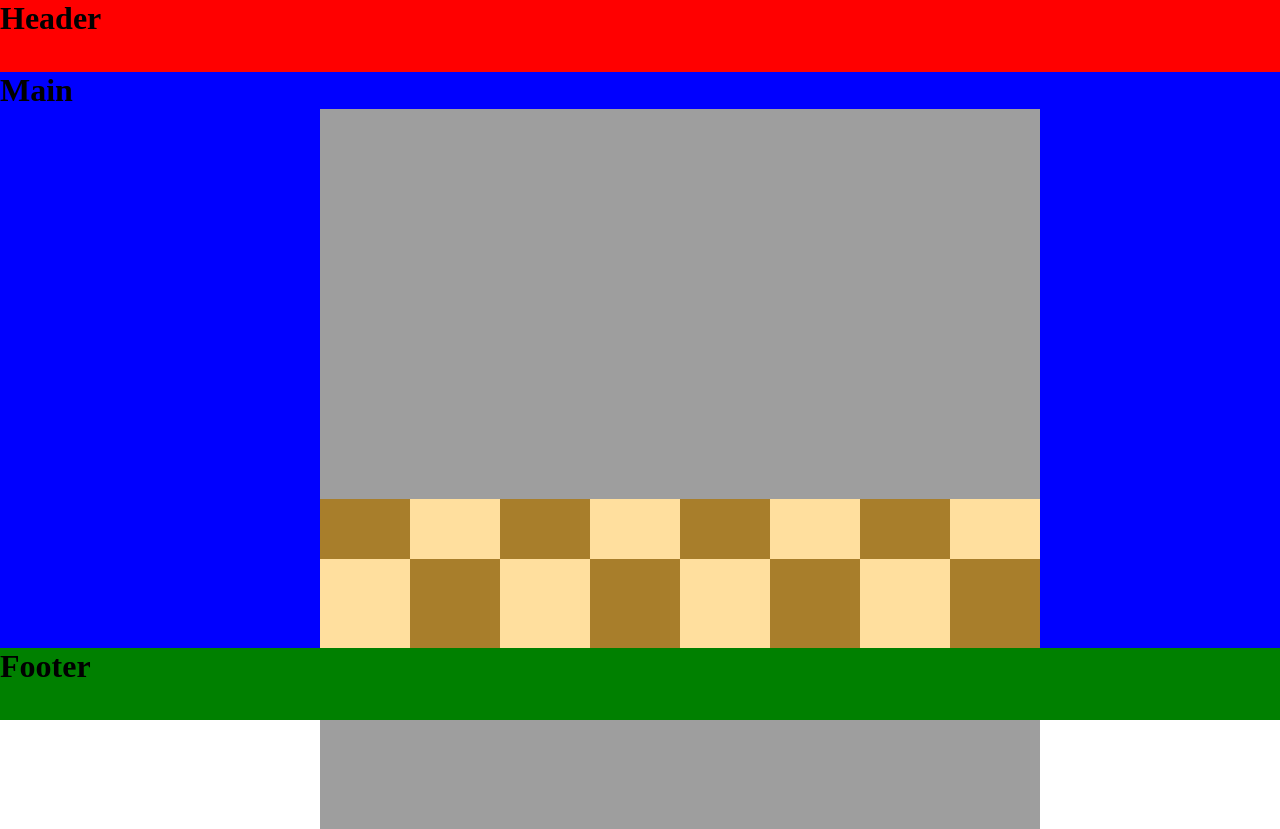
Repository: jameswilky/chess
Page: index.html
An editor plug-in stored every save of this project. The page is shown before and after the next save, followed by the edit.
The browser window is 1280 px wide. The pictures show the whole page.

Above is the page before, as saved 2018-11-22 08:38:28.

### index.html
<!DOCTYPE html>
<html>

<head>
    <meta charset="utf-8" />
    <title>Chess</title>
    <link href="style.css" rel="stylesheet">
</head>

<body>

    <div class="wrapper">
        <header>
            <h1>Header</h1>

        </header>
    </div>
    <div class="main">
        <h1>Main</h1>
        <div class="game">
            <canvas id="board"></canvas>
            <canvas id="markers"></canvas>
            <canvas id="chessmen_layer"></canvas>
        </div>
    </div>
    <footer>
        <h1>Footer</h1>
    </footer>
    </div>





</body>

<script src="board.js"></script>
<script src="chessmen.js"></script>
<script src="mouse.js"></script>
<script src="game.js"></script>

</html>

### style.css
* {
  padding: 0;
  margin: 0;
}

.main{
 position: absolute;
 top: 10%;
 bottom: 10%;
 right:0;
 left:0;
 background-color: blue;
}

.game{
  position: absolute;
  height: 480px;
  width: 480px;
  left:25%;
}

#board {
  left : 0; z-index:0; position: absolute;
}

#markers {
  left : 0; z-index:0; position: absolute;
}

#chessmen_layer {
 left : 0; z-index:1; position: absolute;
}

header{
  position: absolute;
  background-color: red;
  top:0;
  right: 0;
  left: 0;
  height: 10%;
}

footer{
  position: absolute;
  z-index: 3;
  right: 0;
  left: 0;
  background-color: green;
  height: 10%;
  bottom: 0;
}

### board.js
//Define globals
const WIDTH = 720;
const HEIGHT = 720;
const N = 8;
const TILE_SIZE = HEIGHT / N; // 60

//Define board canvas
const board = document.getElementById("board");
const board_ctx = board.getContext("2d");
board.height = HEIGHT;
board.width = WIDTH;
let primary_color = "#a87e2b";
let secondary_color = "#ffdf9e";

//Define marker layer
const markers = document.getElementById("markers");
const markers_ctx = markers.getContext("2d");
markers.height = HEIGHT;
markers.width = WIDTH;

//Define chessmen layer
const chessmen_layer = document.getElementById("chessmen_layer");
const chessmen_ctx = chessmen_layer.getContext("2d");
chessmen_layer.height = HEIGHT;
chessmen_layer.width = WIDTH;

//Used for drawing
function drawRect(ctx, x, y, color) {
  ctx.beginPath();
  ctx.rect(x, y, TILE_SIZE, TILE_SIZE);
  ctx.fillStyle = color;
  ctx.fill();
  ctx.closePath();
}

function initialize_board() {
  // Initialize graphical and logical board
  let i, j, x, y = 0;
  let prev_color;
  for (i = 0; i < N; i++) {
    y = TILE_SIZE * i;
    if (i % 2 == 0) { //If even, start with a black grid
      prev_color = secondary_color;
    }
    else { //If odd, start with a #ffcf7c grid
      prev_color = primary_color;
    }
    for (j = 0; j < N; j++) {
      x = TILE_SIZE * j;

      if (prev_color == primary_color) { //If last block black, make this block #ffcf7c
        prev_color = secondary_color;
      }
      else if (prev_color == secondary_color) { //If last block #ffcf7c, make this block black
        prev_color = primary_color;
      }
      drawRect(board_ctx, x, y, prev_color);

    }
  }
}

### chessmen.js
let chessmen = []; // Hold living chest piece objects

// Populate list of current chess pieces
function init_chessmen(items) {
  for (let id = 0; id < items.length; id++) {
    chessmen[id] = new Chessman(id, items[id].type, items[id].row, items[id].col, items[id].faction);
    chessmen[id].render(chessmen_ctx);
  }
}

//Chest piece constructor
function Chessman(id, type, row, col, faction) {
  this.name = type + "_" + faction + "_" + id;
  this.id = id;
  this.type = type;
  this.position = {
    logical: { col: col, row: row },
    graphical: { //calculate position of chest piece
      x: (col * TILE_SIZE), y: (row * TILE_SIZE)
    }
  }
  this.faction = faction;
  this.sprite = "/images/" + type + "_" + faction + ".png";
  this.options = []; // holds objects containing possible locations to move
  this.render = function () {
    //Draws the chest piece
    let img = new Image();
    let x = this.position.graphical.x;
    let y = this.position.graphical.y;
    console.log(x, y)

    img.onload = function () {
      //Loads when img.src is called
      chessmen_ctx.beginPath();
      chessmen_ctx.drawImage(img, x, y);
      chessmen_ctx.closePath();
    }
    img.src = this.sprite;
  }
  this.derender = function () {
    chessmen_ctx.beginPath();
    chessmen_ctx.clearRect(this.position.graphical.x, this.position.graphical.y, TILE_SIZE, TILE_SIZE);
    chessmen_ctx.closePath();
  }
  this.calculate_movement_options = function () {
    //This function is used to determine the coordinates of each possible move for a selected tile
    this.options = []; //clear last options
    let j = 0;
    let i = 0; //used to iterate through list of options
    //console.log(type, faction, row, col)
    let r = this.position.logical.row;
    let c = this.position.logical.col;

    let options = this.options;

    function check_tile(row, col, diag, isPawn) {
      //diag is an optional variable for pawn sideways movement logic
      diag = diag || false;
      isPawn = isPawn || false;

      //Checks the status of the board to see if the chessman can move to selected tile

      let option = {}; //edited, used to hold {faction:faction}
      //Check tile does not exceed bounds of the board
      if (row > 7 || row < 0 || col > 7 || col < 0) {
        return false;
      }

      //Check if target tile contains a chessman of same faction
      let isFriendly = false;
      let isEnemy = false;

      chessmen.forEach(chessman => {
        if (chessman.position.logical.row == row && chessman.position.logical.col == col) { //Check if position is occupied
          if (chessman.faction == faction) {
            isFriendly = true;
          }
          else { //tile is occupied by enemy
            isEnemy = true;
          }
          option.contains = chessman;
        }
      })

      //pawn logic
      if (diag && isEnemy) {
        option.row = row;
        option.col = col;
        options[i] = option;
        i++;
      }
      if (diag && !isEnemy) {
        return
      }

      //if tile does not contain friendly chessmen, or if its an enemy create new option
      if (!isFriendly || isEnemy) {
        option.row = row;
        option.col = col;
        options[i] = option;
        i++;
      }
      return isFriendly || isEnemy;

    }

    if (this.type == "pawn") {
      if (this.faction == "black") {
        check_tile(r + 1, c);//south
        check_tile(r + 1, c + 1, true) // south East
        check_tile(r + 1, c - 1, true) //south West
        if (this.nMoves == 0) {
          check_tile(r + 2, c); //Extra move on first turn
        }
      }
      if (this.faction == "white") {
        check_tile(r - 1, c); //north
        check_tile(r - 1, c + 1, true) // North East
        check_tile(r - 1, c - 1, true) //North West
        if (this.nMoves == 0) {
          check_tile(r - 2, c); //Extra move on first turn
        }
      }
    }
    if (this.type == "rook") {
      for (j = 0; j < N; j++) {// South
        if (check_tile(r + j + 1, c) == true) break
      }
      for (j = 0; j < N; j++) {// East
        if (check_tile(r, c + j + 1) == true) break
      }
      for (j = 0; j < N; j++) {// North
        if (check_tile(r - j - 1, c) == true) break
      }
      for (j = 0; j < N; j++) {// West
        if (check_tile(r, c - j - 1) == true) break
      }
    }
    if (this.type == "bishop") {
      for (j = 0; j < N; j++) { // South East
        if (check_tile(r + 1 + j, c + 1 + j) == true) break
      }
      for (j = 0; j < N; j++) { // South West
        if (check_tile(r + 1 + j, c - 1 - j) == true) break
      }
      for (j = 0; j < N; j++) { // North East
        if (check_tile(r - 1 - j, c + 1 + j) == true) break
      }
      for (j = 0; j < N; j++) { // North west
        if (check_tile(r - 1 - j, c - 1 - j) == true) break
      }
    }
    if (this.type == "queen") {
      for (j = 0; j < N; j++) { // South East
        if (check_tile(r + 1 + j, c + 1 + j) == true) break
      }
      for (j = 0; j < N; j++) { // South West
        if (check_tile(r + 1 + j, c - 1 - j) == true) break
      }
      for (j = 0; j < N; j++) { // North East
        if (check_tile(r - 1 - j, c + 1 + j) == true) break
      }
      for (j = 0; j < N; j++) { // North west
        if (check_tile(r - 1 - j, c - 1 - j) == true) break
      }
      for (j = 0; j < N; j++) {// South
        if (check_tile(r + j + 1, c) == true) break
      }
      for (j = 0; j < N; j++) {// East
        if (check_tile(r, c + j + 1) == true) break
      }
      for (j = 0; j < N; j++) {// North
        if (check_tile(r - j - 1, c) == true) break
      }
      for (j = 0; j < N; j++) {// West
        if (check_tile(r, c - j - 1) == true) break
      }
    }
    if (this.type == "king") {
      check_tile(r + 1, c + 1) //South East
      check_tile(r + 1, c - 1) //South West
      check_tile(r - 1, c + 1) // North East
      check_tile(r - 1, c - 1) //North West
      check_tile(r + 1, c) //south
      check_tile(r, c + 1) //east
      check_tile(r - 1, c) //north
      check_tile(r, c - 1) //west

    }
    if (this.type == "knight") {
      // Check each tile in clockwise order
      check_tile(r - 2, c + 1)
      check_tile(r - 1, c + 2)
      check_tile(r + 1, c + 2)
      check_tile(r + 2, c + 1)
      check_tile(r + 2, c - 1)
      check_tile(r + 1, c - 2)
      check_tile(r - 1, c - 2)
      check_tile(r - 2, c - 1)
    }

    //return array of options containing locations to highlight

  }
  this.show_movement_options = function () {
    this.options.forEach(option => {
      //Represent each available movement option with a highlighted tile
      drawRect(markers_ctx, (option.col * TILE_SIZE), (option.row * TILE_SIZE), "#635e55");
    })
  }
  this.hover = false;
  this.isKing = false;
  if (this.type == "king") {
    this.isKing = true;
  }

  this.nMoves = 0;
  this.points;
  if (this.type == "king") {
    this.points = 10;
  }
  if (this.type == "queen") {
    this.points = 9;
  }
  if (this.type == "bishop") {
    this.points = 3;
  }
  if (this.type == "knight") {
    this.points = 3;
  }
  if (this.type == "rook") {
    this.points = 5;
  }
  if (this.type == "pawn") {
    this.points = 1;
  }

  //Update graphical and logical position
  this.moveTo = function (col, row) {


    function moveIsValid(r1, r2, c1, c2, options) {
      let valid = false;

      if ((r1 == r2) && (c1 == c2)) {
        // if logical position is the same, no move was made
        valid = false;
      }
      options.forEach(option => {
        if (option.row == r2 && option.col == c2) {
          //todo check faction
          valid = true;
        }
      })
      return valid
    }

    if (moveIsValid(this.position.logical.row, row, this.position.logical.col, col, this.options)) {
      //If valid, Check if enemy chessman has been killed
      //check if desination contains an enemy
      let target = chessmen.find(chessman => {
        return (chessman.position.logical.row == row && chessman.position.logical.col == col)
      })

      // then render at new position and update logical position
      //console.log("Changed position of", chessman, "from row:", chessman.position.logical.row, " col:", chessman.position.logical.col, " to row:", row, "col:", col)

      this.derender(); //De render previous position
      this.position.logical.col = col;
      this.position.logical.row = row;
      this.position.graphical.x = this.position.logical.col * TILE_SIZE;
      this.position.graphical.y = this.position.logical.row * TILE_SIZE;
      this.derender(); //remove any chess pieces
      this.render();

      //If destination contains emeny, remove it from list of active chessmen
      if (target) {
        chessmen.splice(chessmen.indexOf(target), 1);
      }

      this.nMoves++; //used to testing if pawn is moved
      // // trigger movement event
      let event = new CustomEvent('moved');
      document.dispatchEvent(event);
    }
    else {
      //re-render original position
      this.render();
    }
  }
}

// Update location of chest pieces
function render_markers() {
  //Clear all markers
  markers_ctx.clearRect(0, 0, HEIGHT, WIDTH);

  //find chessman that matches mouse location and show movement markers
  chessmen.forEach(chessman => {
    if (chessman.hover == true) {
      chessman.show_movement_options();
    }
  });


}

### mouse.js
let dragging = false;
let selector = document.createElement("img");
;

selector.ondragstart = function () {
  return false;
};

//Compare two row/col coordinates
function coordsMatch(coord, piece) {
  let xmin = piece.x;
  let xmax = piece.x + TILE_SIZE;

  let ymin = piece.y;
  let ymax = piece.y + TILE_SIZE;

  if (
    (coord.x >= xmin) &&
    (coord.x < xmax) &&
    (coord.y >= ymin) &&
    (coord.y < ymax)
  ) {
    return true
  }
}

//Listen for when we hover over a chest piece, then draw the movement options
chessmen_layer.addEventListener('mousemove', (e) => {
  if (dragging == false) {
    let pos = {
      x: e.clientX,
      y: e.clientY
    };
    //Check all chessmen and check if clicked location matches a chessman location
    chessmen.forEach(chessman => {
      if (coordsMatch(pos, chessman.position.graphical)) {
        //If true, select that chessman
        chessman.hover = true;
      }
      else {
        //Otherwise, that chessman was not selected
        chessman.hover = false;
      }
    })
    render_markers();
  }
})

//Click and drag chessmen
chessmen_layer.addEventListener('mousedown', (e) => {

  dragging = true; //stop markers rendering while dragging pieces
  let pos = {
    x: e.clientX,
    y: e.clientY
  }
  //Check all chessmen and check if clicked location matches a chessman location
  chessmen.forEach(chessman => {
    if (coordsMatch(pos, chessman.position.graphical)) {
      if (chessman.faction == "black") {
        dragging = false;
        return
      }
      //If true, derender chessman from chessman_layer, and redraw on selector layer
      chessman.derender();

      //draw selector
      selector.style.position = 'absolute';
      selector.src = chessman.sprite;
      selector.id = 'selector';
      document.body.append(selector);

      //center selector at mouse locaiton
      moveAt(pos.x, pos.y);

      function moveAt(x, y) {
        selector.style.left = x - TILE_SIZE / 2 + 'px';
        selector.style.top = y - TILE_SIZE / 2 + 'px';
      }

      function onMouseMove(moveEvent) {
        moveAt(moveEvent.clientX, moveEvent.clientY);
      }

      // selector will follow mouse on movement
      document.addEventListener('mousemove', onMouseMove);


      // drop the selector, remove unneeded handlers
      chessmen_layer.onmouseup = function (upevent) {
        document.removeEventListener('mousemove', onMouseMove);

        //clear selector
        selector.src = ""
        // console.log("before", document.getElementById('selector'))
        // document.body.removeChild(document.getElementById('selector'))
        // console.log("after", document.getElementById('selector'))

        //convert mouse pos to a row/col logical value
        let dest = {
          x: Math.trunc(upevent.clientX / TILE_SIZE),
          y: Math.trunc(upevent.clientY / TILE_SIZE)
        }

        //console.log("Event 1")
        dragging = false; // allow marker rendering to continue
        chessmen_layer.onmouseup = null;
        //Update chessman logical location and snap to grid
        chessman.moveTo(dest.x, dest.y)
      };
    }
  })
})

### game.js
//Initialize default locations
let default_locations = [
  { tile: 0, type: "rook", row: 0, col: 0, faction: "black" },
  { tile: 1, type: "knight", row: 0, col: 1, faction: "black" },
  { tile: 2, type: "bishop", row: 0, col: 2, faction: "black" },
  { tile: 3, type: "king", row: 0, col: 3, faction: "black" },
  { tile: 4, type: "queen", row: 0, col: 4, faction: "black" },
  { tile: 5, type: "bishop", row: 0, col: 5, faction: "black" },
  { tile: 6, type: "knight", row: 0, col: 6, faction: "black" },
  { tile: 7, type: "rook", row: 0, col: 7, faction: "black" },
  { tile: 8, type: "pawn", row: 1, col: 0, faction: "black" },
  { tile: 9, type: "pawn", row: 1, col: 1, faction: "black" },
  { tile: 10, type: "pawn", row: 1, col: 2, faction: "black" },
  { tile: 11, type: "pawn", row: 1, col: 3, faction: "black" },
  { tile: 12, type: "pawn", row: 1, col: 4, faction: "black" },
  { tile: 13, type: "pawn", row: 1, col: 5, faction: "black" },
  { tile: 14, type: "pawn", row: 1, col: 6, faction: "black" },
  { tile: 15, type: "pawn", row: 1, col: 7, faction: "black" },

  { tile: 48, type: "pawn", row: 6, col: 0, faction: "white" },
  { tile: 49, type: "pawn", row: 6, col: 1, faction: "white" },
  { tile: 50, type: "pawn", row: 6, col: 2, faction: "white" },
  { tile: 51, type: "pawn", row: 6, col: 3, faction: "white" },
  { tile: 52, type: "pawn", row: 6, col: 4, faction: "white" },
  { tile: 53, type: "pawn", row: 6, col: 5, faction: "white" },
  { tile: 54, type: "pawn", row: 6, col: 6, faction: "white" },
  { tile: 55, type: "pawn", row: 6, col: 7, faction: "white" },
  { tile: 56, type: "rook", row: 7, col: 0, faction: "white" },
  { tile: 57, type: "knight", row: 7, col: 1, faction: "white" },
  { tile: 58, type: "bishop", row: 7, col: 2, faction: "white" },
  { tile: 59, type: "king", row: 7, col: 3, faction: "white" },
  { tile: 60, type: "queen", row: 7, col: 4, faction: "white" },
  { tile: 61, type: "bishop", row: 7, col: 5, faction: "white" },
  { tile: 62, type: "knight", row: 7, col: 6, faction: "white" },
  { tile: 63, type: "rook", row: 7, col: 7, faction: "white" },

]

let turn = 0;
let IsWhiteTurn = false;
let IsBlackTurn = false;
let game = true;
let AIOptions = [];


function set_turn() {
  if (turn % 2 == 0) {
    IsWhiteTurn = true;
    IsBlackTurn = false;
    //console.log("White players turn")
  }
  else {
    IsBlackTurn = true;
    IsWhiteTurn = false;
    //console.log("Black players turn")
  }
  turn += 1;
}

function determineAIOptions() {
  let AIOptions = [];
  let i = 0;
  chessmen.forEach(chessman => {
    if (chessman.faction == 'black') {
      chessman.options.forEach(option => {
        let AIOption = {}; //dereference object
        AIOption.row = option.row;
        AIOption.col = option.col;
        if (option.contains) {
          AIOption.points = option.contains.points;
        }
        AIOption.chessman = chessman;
        AIOptions[i] = AIOption;
        i++;
      })
    }
  })
  return AIOptions;

}

function AIMove(options) {
  let max = 0;
  let choice = {};
  options.forEach(option => {
    if (option.points) {
      if (option.points > max) {
        max = option.points;
        choice = option;
      }
    }
  })
  if (max == 0) {
    choice = options[Math.floor(Math.random() * options.length)];  //Return a random choice
  }
  choice.chessman.moveTo(choice.col, choice.row)
  //calculate AI
}


//Set up board
initialize_board();
init_chessmen(default_locations);
chessmen.forEach(chessman => {
  chessman.calculate_movement_options();
})
set_turn();
function checkKing() {
  let kings = chessmen.filter(chessman => chessman.isKing == true)
  if (kings.length == 1) {
    alert(kings[0].faction + " Wins!!!")
  }
}

// Listen for movement
document.addEventListener('moved', function (event) {
  //check if king died last turn;
  checkKing();
  set_turn();
  //Calculate new movement positiifons
  chessmen.forEach(chessman => {
    chessman.calculate_movement_options();
  })

  if (IsBlackTurn) {
    //Run black turn AI
    chessmen.forEach(chessman => {
      chessman.calculate_movement_options(); //assign new options
    })
    AIOptions = determineAIOptions();
    AIMove(AIOptions);
  }
}, false);

After the next save:
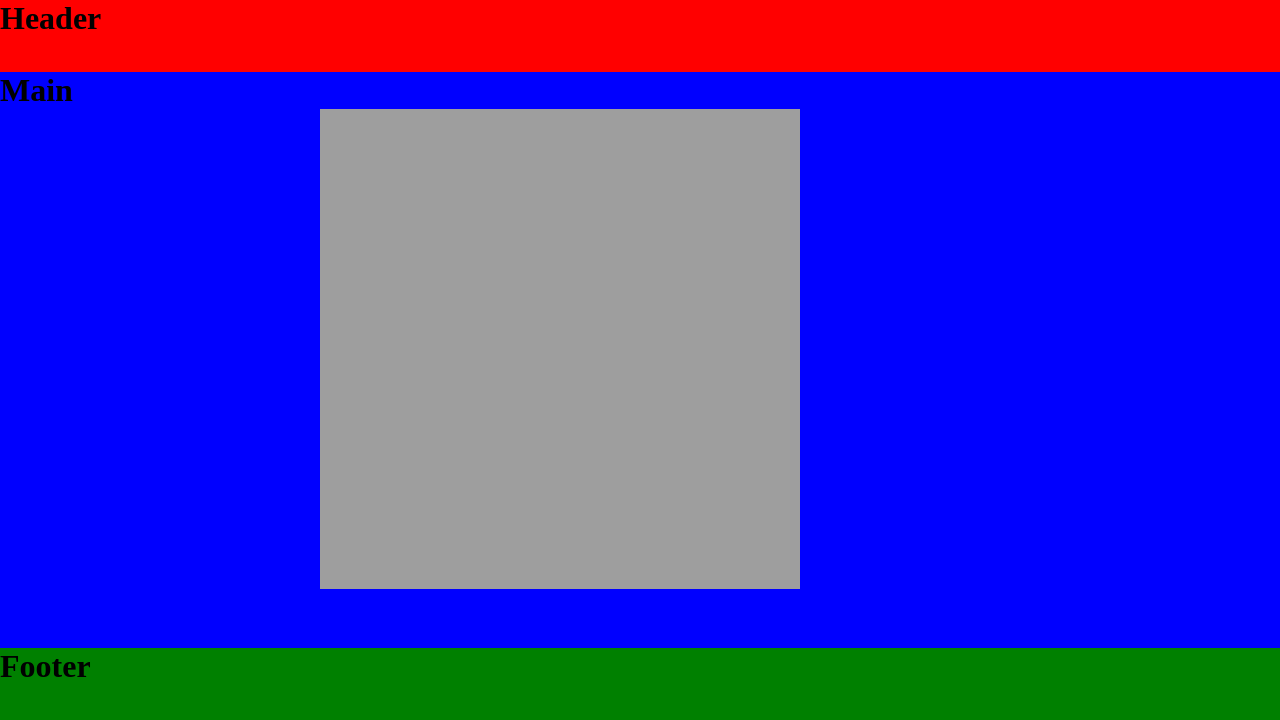
Saved 8 s later.
--- a/board.js
+++ b/board.js
@@ -1,6 +1,6 @@
 //Define globals
-const WIDTH = 720;
-const HEIGHT = 720;
+const WIDTH = 480;
+const HEIGHT = 480;
 const N = 8;
 const TILE_SIZE = HEIGHT / N; // 60
 
